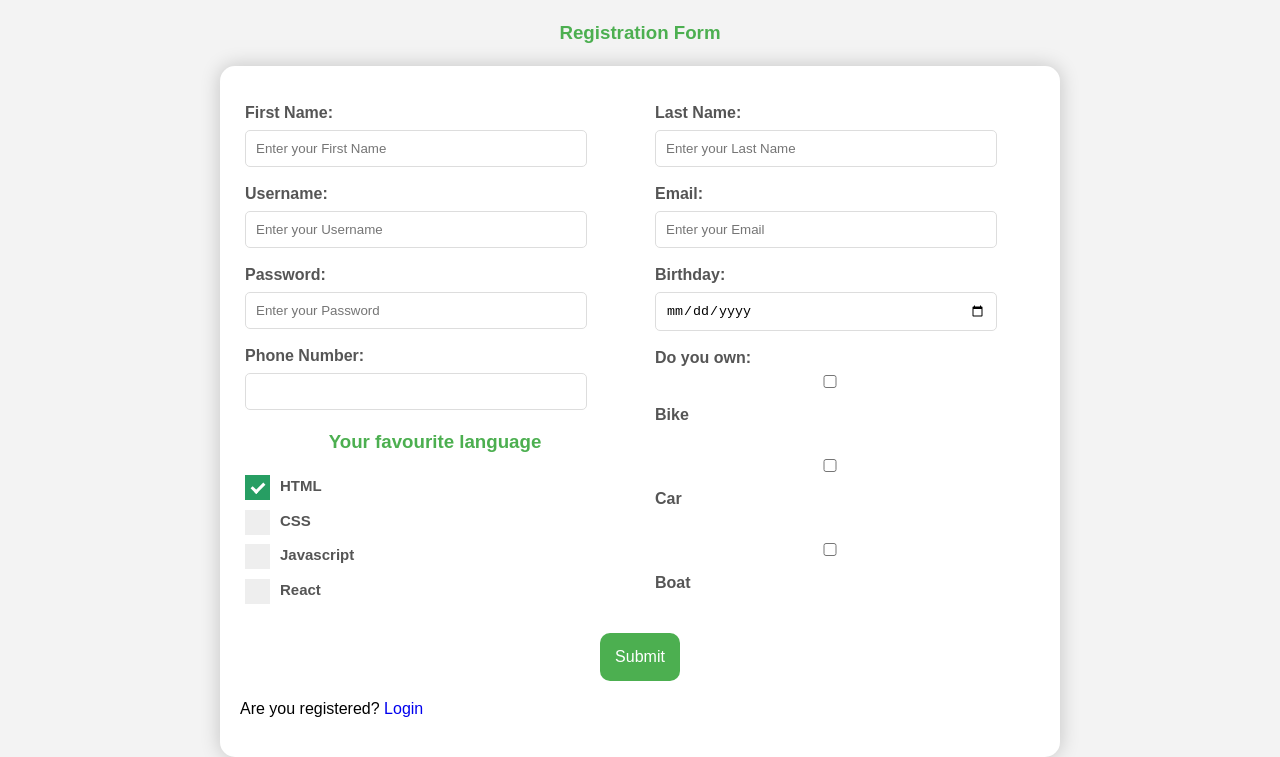
Repository: alizey12/Regestratin-Form-js
Page: regester.html
An editor plug-in stored every save of this project. The page is shown before and after the next save, followed by the edit.
The browser window is 1280 px wide. The pictures show the whole page.

Above is the page before, as saved 2024-11-29 18:48:55.

### regester.html
<!DOCTYPE html>
<html lang="en">
<head>
    <meta charset="UTF-8">
    <meta name="viewport" content="width=device-width, initial-scale=1.0">
    <link rel="stylesheet" href="regester.css">
    <title>Registration Form</title>
</head>
<body>
    <h3>Registration Form</h3>
    <div class="main">
        <form action="">
            <div class="grid-container">
                <div>
                    <label for="first">First Name:</label>
                    <input type="text" id="first" name="first" placeholder="Enter your First Name" required>

                    <label for="username">Username:</label>
                    <input type="text" id="username" name="username" placeholder="Enter your Username" required>

                    <label for="password">Password:</label>
                    <input type="password" id="password" name="password" placeholder="Enter your Password" required>

                    <label for="quantity">Phone Number:</label>
                    <input type="number" id="quantity" name="quantity" min="1" max="15">

                    <h3 class="heading">Your favourite language</h3>
                    <label class="container">HTML
                        <input type="checkbox" checked="checked">
                        <span class="checkmark"></span>
                      </label>

                      <label class="container">CSS
                        <input type="checkbox">
                        <span class="checkmark"></span>
                      </label>

                      <label class="container">Javascript
                        <input type="checkbox">
                        <span class="checkmark"></span>
                      </label>

                      <label class="container">React
                        <input type="checkbox">
                        <span class="checkmark"></span>
                      </label>


                </div>
                <div>
                    <label for="second">Last Name:</label>
                    <input type="text" id="second" name="second" placeholder="Enter your Last Name" required>

                    <label for="email">Email:</label>
                    <input type="email" id="email" name="email" placeholder="Enter your Email" required>

                    <label for="birthday">Birthday:</label>
                    <input type="date" id="birthday" name="birthday">

                    <label>Do you own:</label>
                    <input type="checkbox" id="vehicle1" name="vehicle1" value="Bike">
                    <label for="vehicle1">Bike</label><br>
                    <input type="checkbox" id="vehicle2" name="vehicle2" value="Car">
                    <label for="vehicle2">Car</label><br>
                    <input type="checkbox" id="vehicle3" name="vehicle3" value="Boat">
                    <label for="vehicle3">Boat</label>
                </div>
            </div>
            <div class="wrap">
                <button type="submit">Submit</button>
            </div>
        </form>
        <p>Are you registered?
            <a href="signin.html" style="text-decoration: none;">Login</a>
        </p>
    </div>
</body>
</html>

### regester.css
body {
    display: flex;
    align-items: center;
    justify-content: center;
    font-family: sans-serif;
    line-height: 1.5;
    min-height: 100vh;
    background: #f3f3f3;
    flex-direction: column;
    margin: 0;
}

.main {
    background-color: #fff;
    border-radius: 15px;
    box-shadow: 0 0 20px rgba(0, 0, 0, 0.2);
    padding: 20px;
    transition: transform 0.2s;
    width: 800px;
}

h3 {
    color: #4CAF50;
    text-align: center;
}

label {
    display: block;
    margin-top: 10px;
    margin-bottom: 5px;
    text-align: left;
    color: #555;
    font-weight: bold;
}

input {
    display: block;
    width: 90%;
    margin-bottom: 15px;
    padding: 10px;
    box-sizing: border-box;
    border: 1px solid #ddd;
    border-radius: 5px;
}

button {
    padding: 15px;
    border-radius: 10px;
    margin-top: 15px;
    border: none;
    color: white;
    cursor: pointer;
    background-color: #4CAF50;
    font-size: 16px;
}

.wrap {
    display: flex;
    justify-content: center;
    align-items: center;
}

.grid-container {
    display: grid;

    grid-template-columns: 1fr 1fr;
    gap: 20px;
}

.grid-container div {
    padding: 5px;
}


/* Customize the label (the container) */
.container {
    display: block;
    position: relative;
    padding-left: 35px;
    margin-bottom: 12px;
    cursor: pointer;
    font-size: 15px;
    -webkit-user-select: none;
    -moz-user-select: none;
    -ms-user-select: none;
    user-select: none;
  }

  /* Hide the browser's default checkbox */
  .container input {
    position: absolute;
    opacity: 0;
    cursor: pointer;
    height: 0;
    width: 0;
  }
  .heading{
    color: ;
  }
  /* Create a custom checkbox */
  .checkmark {
    position: absolute;
    top: 0;
    left: 0;
    height: 25px;
    width: 25px;
    background-color: #eee;
  }

  /* On mouse-over, add a grey background color */
  .container:hover input ~ .checkmark {
    background-color: #ccc;
  }

  /* When the checkbox is checked, add a blue background */
  .container input:checked ~ .checkmark {
    background-color: #279e63;
  }

  /* Create the checkmark/indicator (hidden when not checked) */
  .checkmark:after {
    content: "";
    position: absolute;
    display: none;
  }

  /* Show the checkmark when checked */
  .container input:checked ~ .checkmark:after {
    display: block;
  }

  /* Style the checkmark/indicator */
  .container .checkmark:after {
    left: 9px;
    top: 5px;
    width: 5px;
    height: 10px;
    border: solid white;
    border-width: 0 3px 3px 0;
    -webkit-transform: rotate(45deg);
    -ms-transform: rotate(45deg);
    transform: rotate(45deg);
  }

After the next save:
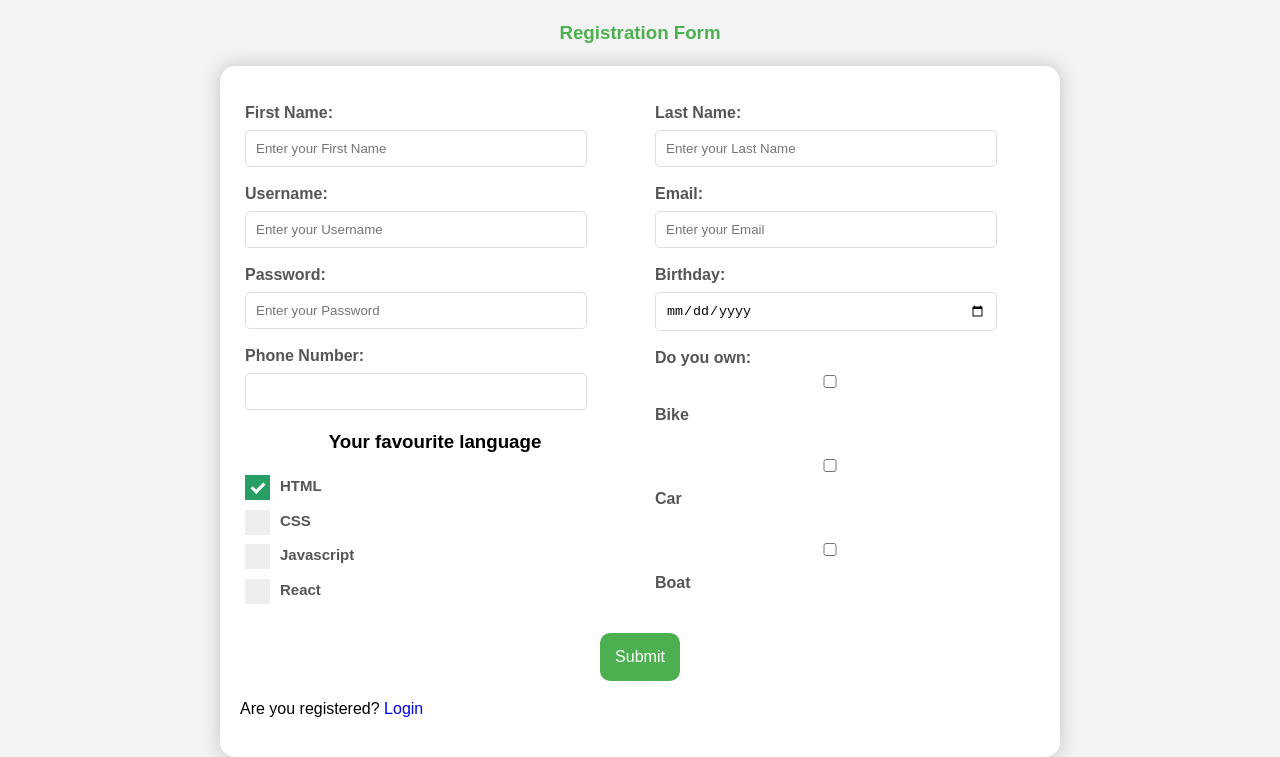
Saved 7 s later.
--- a/regester.css
+++ b/regester.css
@@ -95,7 +95,7 @@ button {
     width: 0;
   }
   .heading{
-    color: ;
+    color: black;
   }
   /* Create a custom checkbox */
   .checkmark {
